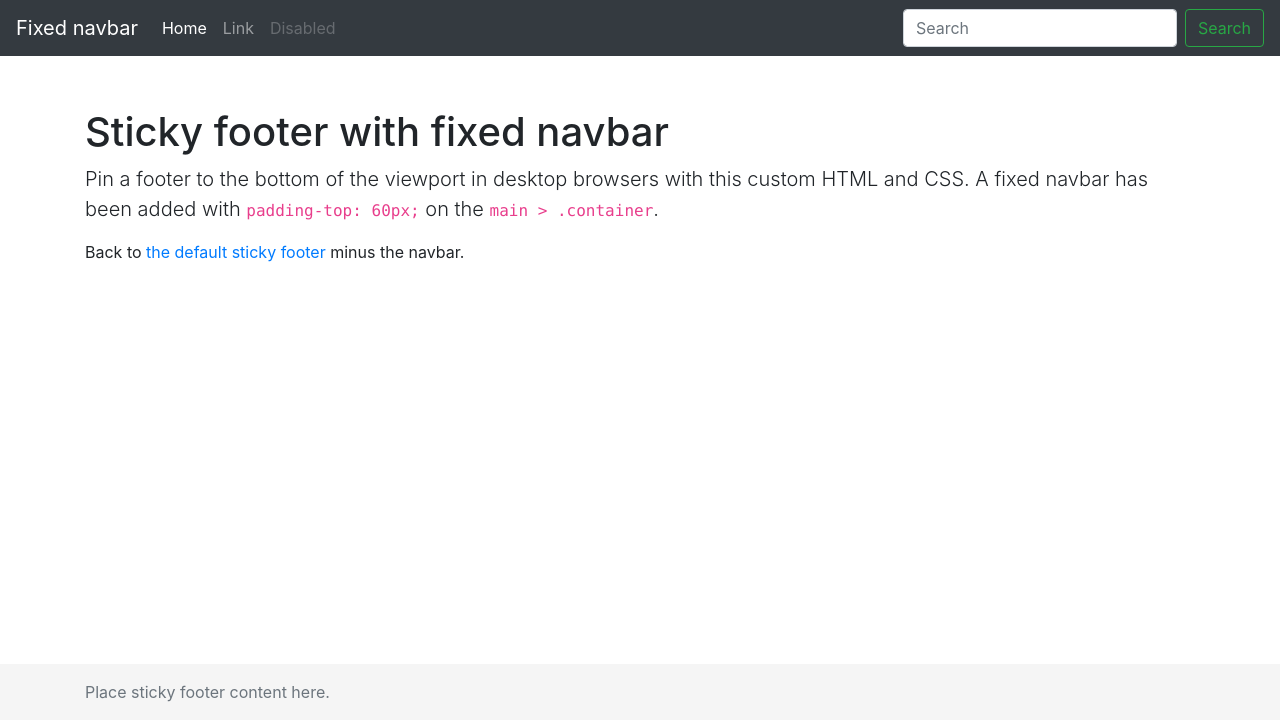
Repository: Audio-site/sunbeats
Page: index.html
An editor plug-in stored every save of this project. The page is shown before and after the next save, followed by the edit.
The browser window is 1280 px wide. The pictures show the whole page.

Above is the page before, as saved 2020-08-24 23:55:14.

### index.html
<!doctype html>
<html lang="en" class="h-100">
  <head>
    <meta charset="utf-8">
    <meta name="viewport" content="width=device-width, initial-scale=1, shrink-to-fit=no">
    <meta name="description" content="">
    <meta name="author" content="Mark Otto, Jacob Thornton, and Bootstrap contributors">
    <meta name="generator" content="Jekyll v4.1.1">
    <title>Sticky Footer Navbar Template · Bootstrap</title>

    <link rel="canonical" href="https://getbootstrap.com/docs/4.5/examples/sticky-footer-navbar/">

    <!-- Bootstrap core CSS -->
<link href="../assets/dist/css/bootstrap.min.css" rel="stylesheet">

    <style>
      .bd-placeholder-img {
        font-size: 1.125rem;
        text-anchor: middle;
        -webkit-user-select: none;
        -moz-user-select: none;
        -ms-user-select: none;
        user-select: none;
      }

      @media (min-width: 768px) {
        .bd-placeholder-img-lg {
          font-size: 3.5rem;
        }
      }
    </style>
    <!-- Custom styles for this template -->
    <link href="../assets/css/sticky-footer-navbar.css" rel="stylesheet">
  </head>
  <body class="d-flex flex-column h-100">
    <header>
  <!-- Fixed navbar -->
  <nav class="navbar navbar-expand-md navbar-dark fixed-top bg-dark">
    <a class="navbar-brand" href="#">Fixed navbar</a>
    <button class="navbar-toggler" type="button" data-toggle="collapse" data-target="#navbarCollapse" aria-controls="navbarCollapse" aria-expanded="false" aria-label="Toggle navigation">
      <span class="navbar-toggler-icon"></span>
    </button>
    <div class="collapse navbar-collapse" id="navbarCollapse">
      <ul class="navbar-nav mr-auto">
        <li class="nav-item active">
          <a class="nav-link" href="#">Home <span class="sr-only">(current)</span></a>
        </li>
        <li class="nav-item">
          <a class="nav-link" href="#">Link</a>
        </li>
        <li class="nav-item">
          <a class="nav-link disabled" href="#" tabindex="-1" aria-disabled="true">Disabled</a>
        </li>
      </ul>
      <form class="form-inline mt-2 mt-md-0">
        <input class="form-control mr-sm-2" type="text" placeholder="Search" aria-label="Search">
        <button class="btn btn-outline-success my-2 my-sm-0" type="submit">Search</button>
      </form>
    </div>
  </nav>
</header>

<!-- Begin page content -->
<main role="main" class="flex-shrink-0">
  <div class="container">
    <h1 class="mt-5">Sticky footer with fixed navbar</h1>
    <p class="lead">Pin a footer to the bottom of the viewport in desktop browsers with this custom HTML and CSS. A fixed navbar has been added with <code>padding-top: 60px;</code> on the <code>main &gt; .container</code>.</p>
    <p>Back to <a href="../examples/sticky-footer/">the default sticky footer</a> minus the navbar.</p>
  </div>
</main>

<footer class="footer mt-auto py-3">
  <div class="container">
    <span class="text-muted">Place sticky footer content here.</span>
  </div>
</footer>
<script src="https://code.jquery.com/jquery-3.5.1.slim.min.js" integrity="sha384-DfXdz2htPH0lsSSs5nCTpuj/zy4C+OGpamoFVy38MVBnE+IbbVYUew+OrCXaRkfj" crossorigin="anonymous"></script>
      <script>window.jQuery || document.write('<script src="../assets/js/vendor/jquery.slim.min.js"><\/script>')</script><script src="../assets/dist/js/bootstrap.bundle.min.js"></script>
</html>

Loaded but not shown: assets/dist/css/bootstrap.min.css (library); assets/css/sticky-footer-navbar.css (common file); assets/dist/js/bootstrap.bundle.min.js (library)

After the next save:
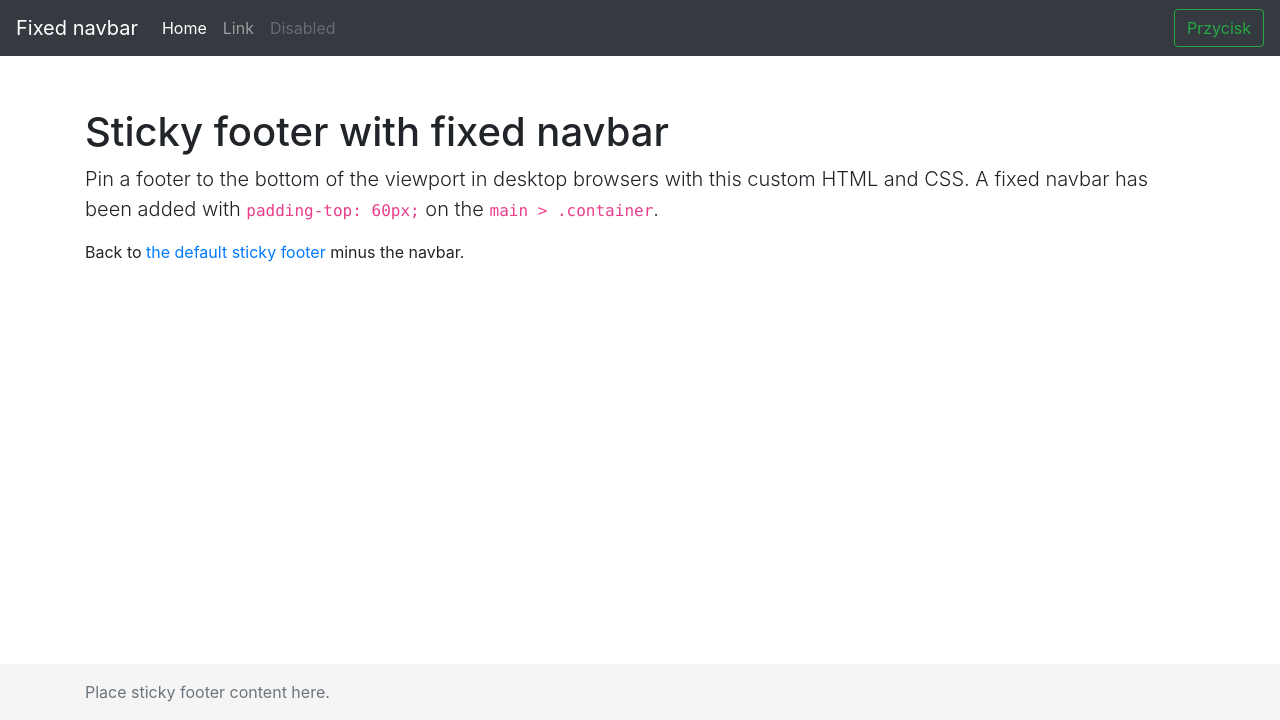
Saved 23 s later.
--- a/index.html
+++ b/index.html
@@ -52,10 +52,7 @@
           <a class="nav-link disabled" href="#" tabindex="-1" aria-disabled="true">Disabled</a>
         </li>
       </ul>
-      <form class="form-inline mt-2 mt-md-0">
-        <input class="form-control mr-sm-2" type="text" placeholder="Search" aria-label="Search">
-        <button class="btn btn-outline-success my-2 my-sm-0" type="submit">Search</button>
-      </form>
+        <button class="btn btn-outline-success my-2 my-sm-0" type="submit">Przycisk</button>
     </div>
   </nav>
 </header>
